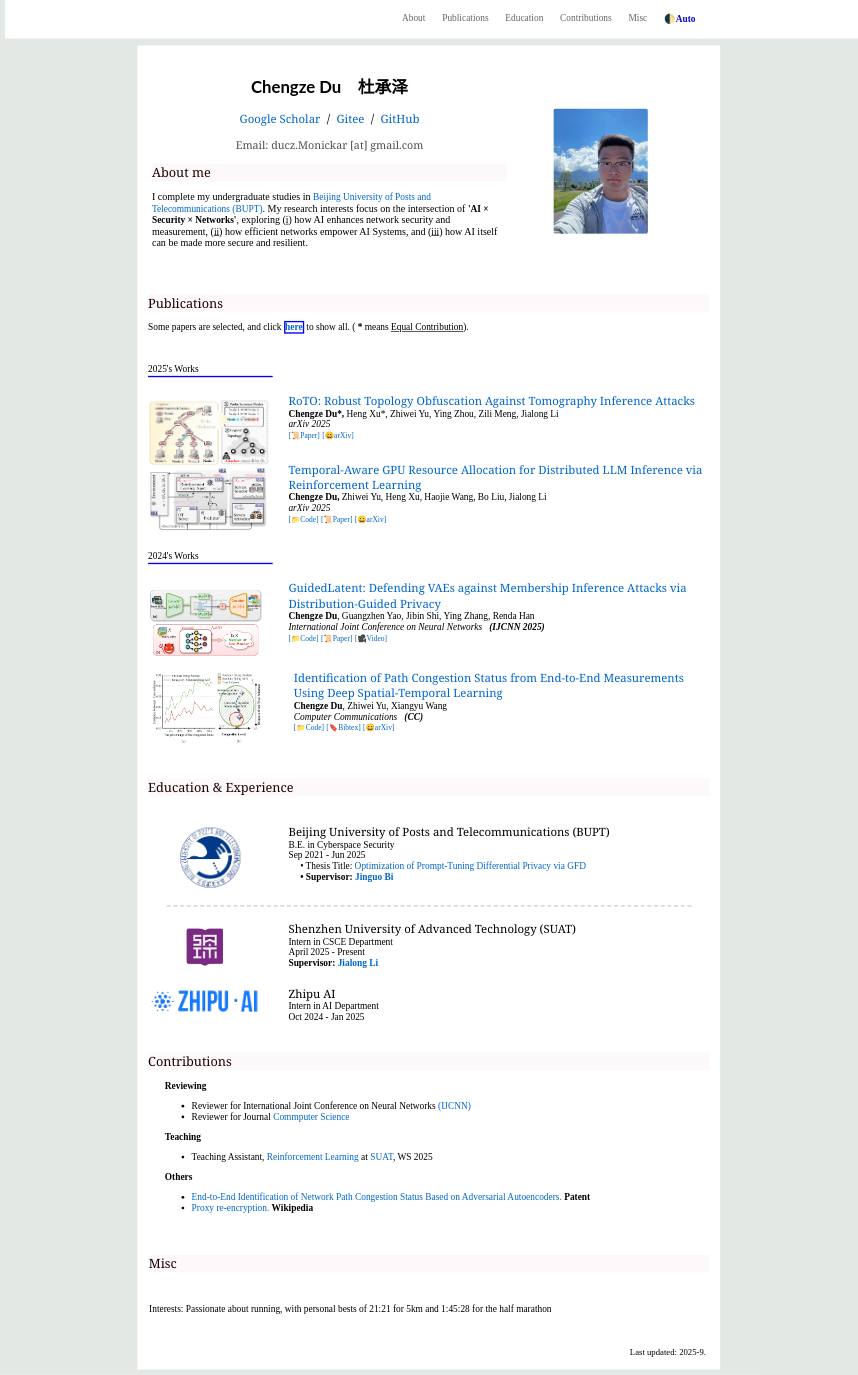
Repository: Monickar/Monickar.github.io
Page: index.html
These files come from the project's save history. The page is drawn as it stood at one moment and after the next save; the edit follows.
The browser window is 1280 px wide. The pictures show the whole page, at 67% of full size.

Above is the page before, as saved 2025-10-28 19:00:47.

### index.html
<!DOCTYPE HTML>
<html lang="en">
  <head>
    <meta http-equiv="Content-Type" content="text/html; charset=UTF-8">

    <title>Chengze's Homepage</title>

    <meta name="author" content="Chengze Du">
    <meta name="viewport" content="width=550px, initial-scale=1.0">
    <link rel="shortcut icon" href="./images/IMG_1936.JPG" type="image/x-icon" style="border-radius: 50%;"> <!-- 添加favicon 圆形-->
    <link rel="stylesheet" type="text/css" href="styles.css">
    <style>

      /* * {
        font-family: Cambria, Georgia, serif;

      } */
      * {
        font-size: 14px;

      }


    </style>
  </head>


  <body bgcolor="#E3E8E4">
    <!-- 导航栏 -->
    <nav class="navbar" >
      <div class="nav-container">
        <a href="#" class="nav-brand"> </a>
        <div class="nav-links">
          <a href="#about">About</a>
          <a href="#pub">Publications</a>
          <a href="#education">Education</a>
          <a href="#contributions">Contributions</a>
          <a href="#misc">Misc</a>
          <a id="darkToggle" style="color: rgb(12, 12, 193); font-weight: bolder;">Mode🌓</a>

        </div>
      </div>
    </nav>

    <!-- 原有内容开始 -->
    <table id="about" style="width:100%; background:#FFFFFF; max-width:870px;border:0px;border-spacing:0px;border-collapse:separate;margin-right:auto;margin-left:auto;"><tbody>
      <tr style="padding:0px">
        <td style="padding:0px">
          <table style="width:100%;border:0px;border-spacing:0px;border-collapse:separate;margin-right:auto;margin-left:auto;"><tbody>
            <tr style="padding:0px">
              <td style="padding:2.5%;width:60%;vertical-align:middle">

                <p class="name" style="text-align: center; font-size: 25px;">
                  Chengze Du &ensp;  杜承泽
                </p>

                <p style="text-align:center; font-size: 18px; font-family: Georgia">
                  <a href="https://scholar.google.com/citations?hl=zh-CN&user=y4ty-f4AAAAJ" class="papertitle">Google Scholar</a> &nbsp;/&nbsp;
                  <a href="https://gitee.com/monickar" class="papertitle">Gitee</a> &nbsp;/&nbsp;
                  <a href="https://github.com/Monickar" class="papertitle">GitHub</a>
                </p>

                <p style="text-align:center; font-size: 16px; font-family: Cambria; color: rgb(80, 80, 80);">
                Email: ducz.Monickar [at] gmail.com
                </p>
                <h2 class="subtitle">About me</h2>

                <p style="font-size: 15px;"> I complete my undergraduate studies in <a href="https://www.bupt.edu.cn/">Beijing University of Posts and Telecommunications (BUPT)</a>.
                  My research interests focus on the intersection of <strong>'AI <strong>×</strong> Security <strong>×</strong> Networks'</strong>, exploring (<u>i</u>) how AI enhances network security and measurement, (<u>ii</u>) how efficient networks empower AI Systems, and (<u>iii</u>) how AI itself can be made more secure and resilient.

                </p>
              </td>
              <td style="padding:5.5%; width:31%; max-width:37%; padding-top:10%;">
                <a href="https://ccfddl.com/"><img style="width:70%; max-width:70%;object-fit: cover; border-radius: 2%;" alt="profile photo" src="images/chengze.jpg" class="hoverZoomLink"></a>
              </td>
            </tr>
          </tbody></table>


      <table id="pub" style="width:100%;border:0px;border-spacing:0px;border-collapse:separate;margin-right:auto;margin-left:auto;"><tbody>
          <tr>
          <td style="padding:16px;width:100%;vertical-align:middle">
            <h2 class="subtitle">Publications</h2>
            <p>
             Some papers are selected, and click <strong><a href="FullPaperList.html" class="text-with-border">here</a></strong> to show all.
              ( <strong>*</strong> means <u>Equal Contribution</u>).
            </p>
             <!-- Some works are <span class="highlight">highlighted</span>.  -->
          </td>
        </tr>
      </tbody></table>
      <table style="width:100%;border:0px;border-spacing:0px;border-collapse:separate;margin-right:auto;margin-left:auto;"><tbody>


      <!-- 2025 分隔符 -->
      <td style="padding:16px; width:25%; vertical-align:middle; margin-top: 2px;">
        <span class="year">2025's Works</span>
        <div style="height: 2px; background-color: blue; margin-top: 2px;"></div>
      </td>

      <tr >
        <td style="padding:16px;width:25%;vertical-align:top">
          <div class="one">
            <img src="images/RoTO-1.png" class="top" alt="SecureNT alternate" width="180" height="100">
            <img src="images/RoTO-2.png" class="bottom" alt="SecureNT" style="width:180px; height:65px;">
          </div>
        </td>
        <td style="padding:8px;width:80%; vertical-align:top">
          <a href="https://arxiv.org/abs/2508.12852">
        <span class="papertitle">RoTO: Robust Topology Obfuscation Against Tomography Inference Attacks</span>
          </a>
          <br>
          <strong>Chengze Du*,</strong>
          Heng Xu*,
          Zhiwei Yu,
          Ying Zhou,
          Zili Meng,
          Jialong Li

          <br>
          <em>arXiv  2025</em>
          <br>
          <!-- <a href="" style="font-size: 0.8em;">[📁Code]</a> -->
          <a href="https://arxiv.org/pdf/2508.12852" style="font-size: 0.8em;">[📜Paper]</a>
          <a href="https://arxiv.org/abs/2508.12852" style="font-size: 0.8em;">[😀arXiv]</a>
          <p></p>
        </td>
      </tr>



      <tr >
        <td style="padding:16px;width:20%;vertical-align:top">
          <div class="one">
            <img src="images/gpu_infer_component.png" class="top" alt="SecureNT alternate" width="180" height="100">
            <img src="images/tcc_intro.png" class="bottom" alt="SecureNT" style="width:180px; height:90px;">
          </div>
        </td>
        <td style="padding:8px;width:80%; vertical-align:middle">
          <a href="https://arxiv.org/abs/2507.10259">
        <span class="papertitle">Temporal-Aware GPU Resource Allocation for Distributed LLM Inference via Reinforcement Learning</span>
          </a>
          <br>
          <strong>Chengze Du,</strong>
          Zhiwei Yu,
          Heng Xu,
          Haojie Wang,
          Bo Liu,
          Jialong Li

          <br>
          <em>arXiv  2025</em>
          <br>
          <a href="https://gitee.com/Monickar/OT4GpuInference" style="font-size: 0.8em;">[📁Code]</a>
          <a href="https://arxiv.org/pdf/2507.10259" style="font-size: 0.8em;">[📜Paper]</a>
          <a href="https://arxiv.org/abs/2507.10259" style="font-size: 0.8em;">[😀arXiv]</a>
          <p></p>

        </td>
      </tr>


      <!-- 2024 分隔符 -->
      <td style="padding:16px; width:20%; vertical-align:middle; margin-top: 2px;">
        <span class="year">2024's Works</span>
        <div style="height: 2px; background-color: blue; margin-top: 2px;"></div>
      </td>

      <tr >
        <td style="padding:16px;width:20%;vertical-align:top">
          <div class="one">
            <img src="images/anti-vae.png" class="top" alt="SecureNT alternate" width="170" height="110">
            <img src="images/vae-anti-mia.png" class="bottom" alt="SecureNT" style="width:170px; height:85px;">
          </div>
        </td>
        <td style="padding:8px;width:80%; vertical-align:top">
          <a href="">
        <span class="papertitle">GuidedLatent: Defending VAEs against Membership Inference Attacks via Distribution-Guided Privacy
          </a>
          <br>
          <strong>Chengze Du</strong>,
                  Guangzhen Yao,
                  Jibin Shi,
                  Ying Zhang,
                  Renda Han
          <br>
          <em>International Joint Conference on Neural Networks <strong>&nbsp (IJCNN 2025)</strong></em>
          <br>
          <a href="https://anonymous.4open.science/r/VAE-Anti-MIA-DB1A/README.md" style="font-size: 0.8em;">[📁Code]</a>
          <a href="./files/IJCNN_2025.pdf" style="font-size: 0.8em;">[📜Paper]</a>
          <!-- <a href="./files/" style="font-size: 0.8em;">[😀arXiv]</a> -->
          <a href="https://vimeo.com/1095995168" style="font-size: 0.8em;">[🎥Video]</a>
          <!-- <a href="https://arxiv.org/abs/2412.10762" style="font-size: 0.8em;">[📄Poster]</a> -->
          <br>
          <br>
        </td>
      </tr>




    <tr>
      <td style="padding:16px;width:20%;vertical-align:top">
          <div class="one">
            <img src="images/CC_1.png" class="top" alt="SecureNT alternate" width="170" height="110">
            <img src="images/AAE-LSTM.png" class="bottom" alt="SecureNT" style="width:170px; height:110px;">
          </div>
      </td>
      <td style="padding:16px;width:70%;vertical-align:top">
        <a href="https://www.sciencedirect.com/science/article/pii/S0140366425001513">
          <span class="papertitle">Identification of Path Congestion Status from End-to-End Measurements Using Deep Spatial-Temporal Learning</span>
        </a>
        <br>
        <strong>Chengze Du</strong>,
        Zhiwei Yu, Xiangyu Wang
        <br>
        <em>Computer Communications  &nbsp <strong>(CC)</strong> </em>
        <br>
        <a href="https://github.com/Monickar/ACS" style="font-size: 0.8em;">[📁Code]</a>
        <a href="./Bibtex/CC_NT_2025.txt" style="font-size: 0.8em;">[🔖Bibtex]</a>
        <a href="https://arxiv.org/abs/2412.10762" style="font-size: 0.8em;">[😀arXiv]</a>
      </td>
    </tr>

          </tbody></table>

          <table style="width:100%;border:0px;border-spacing:0px;border-collapse:separate;margin-right:auto;margin-left:auto;"><tbody>
            <tr>
            <td style="padding:16px;width:100%;vertical-align:middle">
              <h2 class="subtitle">Education & Experience</h2>
            </td>
          </tr>
        </tbody></table>

        <!-- 教育经历 -->
        <table id="education" style="width:100%;border:0px;border-spacing:0px;border-collapse:separate;margin-right:auto;margin-left:auto;"><tbody>

          <tr>
            <td style="padding:16px;width:25%;vertical-align:middle"> <!-- 图片设置为居中 -->
              <img src="images/bupt-logo-1.png" alt="BUPT" width="90" style="display: block; margin: 0 auto;">
            </td>
            <td style="padding:8px;width:75%;vertical-align:middle">
              <span class="papertitle">Beijing University of Posts and Telecommunications (BUPT)</span>
              <br>
              B.E. in Cyberspace Security
              <br>
              Sep 2021 - Jun 2025
              <br>
                &emsp; • Thesis Title:
                 <color="#1772D0"> <a href="https://gitee.com/Monickar/Bachelor_Thesis" >  Optimization of Prompt-Tuning Differential Privacy via GFD</a> </font>
              <br>
              <strong>
                &emsp; • Supervisor: <a href="https://scss.bupt.edu.cn/info/1063/3984.htm">Jinguo Bi</a>
              </strong>
              <p></p>
            </td>

          </tr>

          <!-- 添加虚线分隔符 -->
          <tr>
            <td colspan="2" style="padding: 10px 0">
              <div style="border-top: 2px dashed #ccc; width: 90%; margin: 0 auto;"></div>
            </td>
          </tr>

          <tr>
            <td style="padding:16px 16px 8px 16px;width:20%;vertical-align:middle">
              <img src="images/suat-logo.png" alt="Internship" width="170">
            </td>
            <td style="padding:4px 8px 4px 8px;width:80%;vertical-align:middle">
              <span class="papertitle">Shenzhen University of Advanced Technology (SUAT) </span>
              <br>
              Intern in CSCE Department
              <br>
              April 2025 - Present
              <br>
              <strong>Supervisor: <a href="https://franklee94.github.io/index.html">Jialong Li</a></strong>
            </td>
          </tr>

          <tr>
            <td style="padding:16px;width:20%;vertical-align:middle">
              <img src="images/Zhipu_AI.png" alt="Internship" width="170">
            </td>
            <td style="padding:8px;width:80%;vertical-align:middle">
              <span class="papertitle"> Zhipu AI</span>
              <br>
              Intern in AI Department
              <br>
              Oct 2024 - Jan 2025
          </tr>

        </tbody></table>

 <!-- 专利 -->

 <table id="contributions" style="width:100%;border:0px;border-spacing:0px;border-collapse:separate;margin-right:auto;margin-left:auto;"><tbody>
  <tr>
    <td style="padding:16px; width:100%; vertical-align:middle">
      <h2 class="subtitle">Contributions</h2>

      <div style="padding-left: 25px;">
        <h3>Reviewing</h3>
        <ul>
          <li>Reviewer for International Joint Conference on Neural Networks <a href="https://ijcnn2024.org/">(IJCNN) </a>  </li>
          <li>Reviewer for Journal <a href="https://www.jsjkx.com/EN/1002-137X/home.shtml"> Commputer Science </a>  </li>
        </ul>
      </div>

      <div style="padding-left: 25px;">
        <h3>Teaching</h3>
        <ul>
          <li>Teaching Assistant,<a href=""> Reinforcement Learning </a> at <a href="https://suat-sz.edu.cn/en/">SUAT</a>, WS 2025</li>

        </ul>
      </div>


      <div style="padding-left: 25px;">

        <h3>  Others</h3>
      <ul>
        <li> <a href="https://patentimages.storage.googleapis.com/00/00/00/0000000000000000000000000000000000000000000000000000000000000000.pdf"> End-to-End Identification of Network Path Congestion Status
          Based on Adversarial Autoencoders.</a> <strong>Patent</strong></li>
        <li><a href="https://zh.wikipedia.org/wiki/%E4%BB%A3%E7%90%86%E9%87%8D%E5%8A%A0%E5%AF%86">Proxy re-encryption.</a> <strong>Wikipedia</strong></li>
      </ul>
      </div>






    </td>
  </tr>
</tbody></table>



		<table style="width:100%; margin:0 auto; border:0; border-spacing:0; padding:16px;"><tbody>
            <tr>
              <td>
                <h2 class="subtitle">Misc</h2>
              </td>
            </tr>
          </tbody></table>
          <table id="misc" style="width:100%;border:0px;border-spacing:0px;border-collapse:separate;margin-right:auto;margin-left:auto;"><tbody>

        <!-- 其他内容 : Interests: Passionate about running, with personal bests of 21:21 for 5km and 1:45:28 for the half marathon-->
        <p>&emsp; Interests: Passionate about running, with personal bests of 21:21 for 5km and 1:45:28 for the half marathon</p>

          </tbody></table>
          <table style="width:100%; border:5px;border-spacing:0px;border-collapse:separate;margin-right:auto;margin-left:auto;"><tbody>
            <tr>
              <td style="padding:5px">
                <br>
                <p style="text-align:right;font-size:small;">
                  Last updated: 2025-9. &emsp;
                </p>
              </td>
            </tr>
          </tbody></table>


        </td>
      </tr>
    </table>

    <script>
    const btn = document.getElementById('darkToggle');
    const mode = localStorage.getItem('mode') || 'auto'; // 'auto', 'dark', 'light'

    function isDarkTime() {
      const hour = new Date().getHours();
      return hour >= 18 || hour < 6; // 20:00-6:00: dark time
    }

    function applyTheme() {
      const shouldBeDark = mode === 'dark' || (mode === 'auto' && isDarkTime());
      document.body.classList.toggle('dark', shouldBeDark);


      if (mode === 'auto') {
        btn.textContent = '🌓Auto';
        btn.title = 'Turn Dark';
      } else {
        btn.textContent = shouldBeDark ? '🌓Dark' : '🌓Light';
        btn.title = shouldBeDark ? 'Turn Light' : 'Turn Auto';
      }
    }

    btn.onclick = () => {
      const modes = ['light', 'auto', 'dark'];
      const idx = modes.indexOf(mode);
      const newMode = modes[(idx + 1) % 3];
      localStorage.setItem('mode', newMode);
      location.reload(); // 简单刷新应用新模式
    };

    applyTheme();
    // 每分钟检查一次时间（仅在自动模式下有用）
    if (mode === 'auto') setInterval(applyTheme, 1000000);
    </script>


  </body>
</html>

### styles.css
.name {
  padding-top: 20px;
  margin: 0;
  font-family: 'Lato', Cambria, Georgia, serif;
  font-size: 10px;
  font-weight: bold;
}

.papertitle {
  font-family: Cambria, Georgia, Helvetica, sans-serif;
  font-size: 17px;
  font-weight: 550;
}

.subtitle {
  font-family:  Georgia, Helvetica, sans-serif;
  font-size: 19px;
  font-weight: 550;
  color: #1e0202;
  background-color: rgb(253, 248, 249)
}

.bodycolor {
  background-color: #F9F9F9;
}

a {
    color: #0066cc; /* 设置链接颜色为蓝色 */
    text-decoration: none;
}

a:focus,

a:hover {
    text-decoration: underline;
    color: #f09228;
}

.text-with-border {
border: 2px solid blue; /* 边框宽度为 2px，样式为实线，颜色为蓝色 */
}
/* 导航栏样式 */
.navbar {
  background-color: #ffffff;
  padding: 15px 0;
  border-bottom: 1px solid #eee;
  position: fixed;
  top: 0;
  width: 100%;
  z-index: 1000;
}

.nav-container {
  max-width: 800px;
  margin: 0 auto;
  display: flex;
  justify-content: space-between;
  align-items: center;
}

.nav-brand {
  font-size: 1.5em;
  font-weight: bold;
  color: #333;
  text-decoration: none;
}

.nav-links {
  display: flex;
  gap: 20px;
}

.nav-links a {
  color: #666;
  text-decoration: none;
  padding: 5px 10px;
  transition: color 0.3s ease;
}

.nav-links a:hover {
  color: #1772D0;
}

/* 为了防止内容被导航栏遮挡 */
body {
  padding-top: 60px;
}

/* 修改图片切换相关的样式 */
.one {
  position: relative;
  display: inline-block;
}

.one img {
  position: absolute;
  left: 0;
  top: 0;
  transition: opacity 0.2s ease-in-out;
}

.one img.bottom {
  z-index: 1;
  position: relative;
}

.one img.top {
  z-index: 2;
}

.one:hover img.top {
  opacity: 0;
}

.hidden-link {
  color: inherit;
  text-decoration: none;
  cursor: default;
}

.hidden-link:hover {
  color: inherit;
  text-decoration: none;
}

body {
  font-size: 15px; /* 默认大小，可修改为所需值 */
}

body.dark {
  background: #1a1a1a !important;
  color: #e0e0e0 !important;
}

body.dark .navbar,
body.dark table {
  background: #2d2d2d !important;
}

body.dark a {
  color: #66b3ff !important;
}

body.dark .nav-links a {
  color: #b0b0b0 !important;
}

body.dark .nav-links a:hover {
  color: #66b3ff !important;
}

body.dark .papertitle {
  color: #66b3ff !important;
}

body.dark .year {
  color: #66b3ff !important;
}


.navbar {
  width: 100%; /* 占满屏幕宽度 */
}
.nav-container {
  display: flex;
  justify-content: space-between; /* 内容左右分布 */
  align-items: center;

}

.nav-links {
  display: flex;
  gap: 5px; /* 链接间添加间隔 */
}

After the next save:
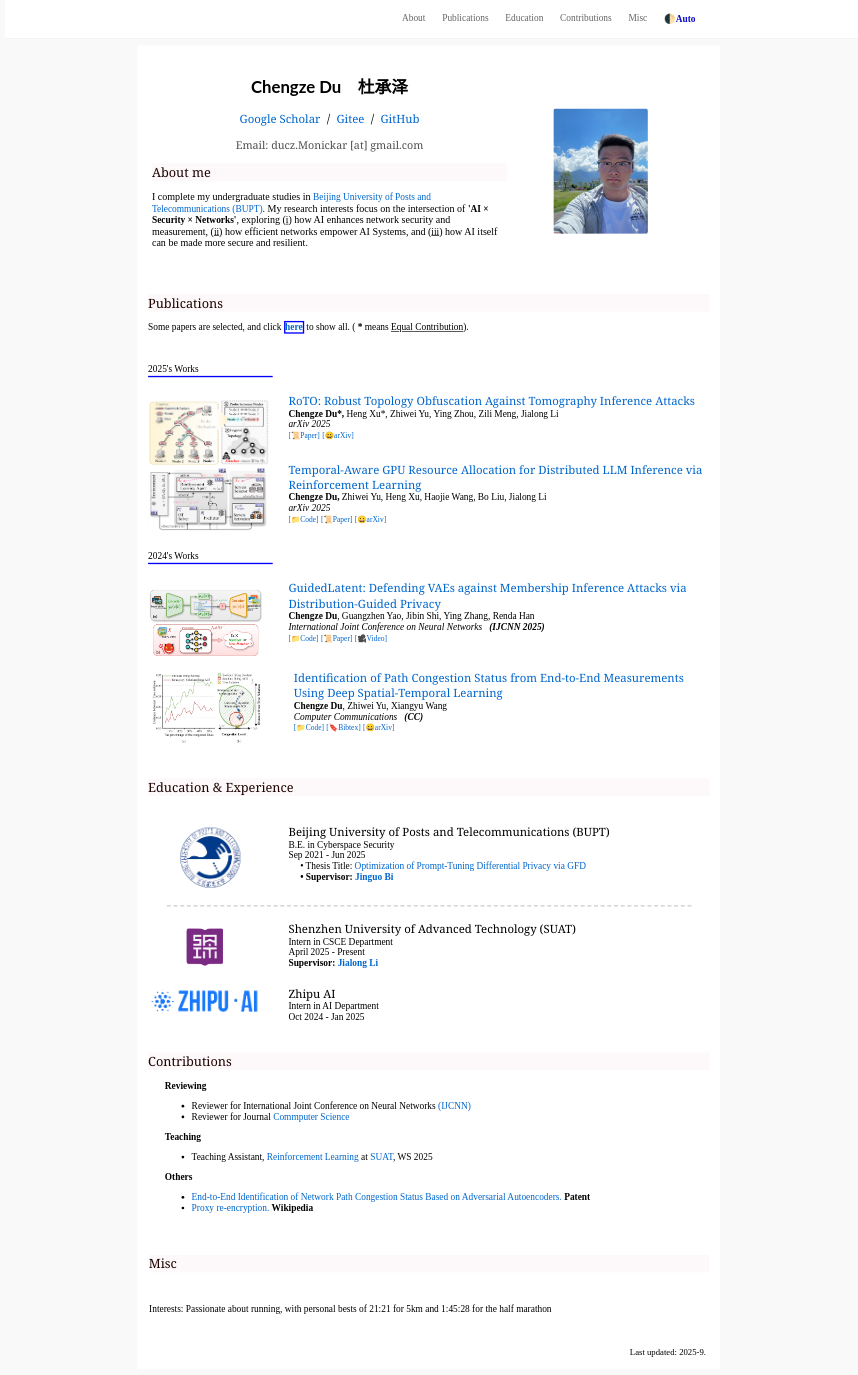
Saved 9 s later.
--- a/index.html
+++ b/index.html
@@ -25,7 +25,7 @@
   </head>
 
 
-  <body bgcolor="#E3E8E4">
+  <body class="bodycolor">
     <!-- 导航栏 -->
     <nav class="navbar" >
       <div class="nav-container">
